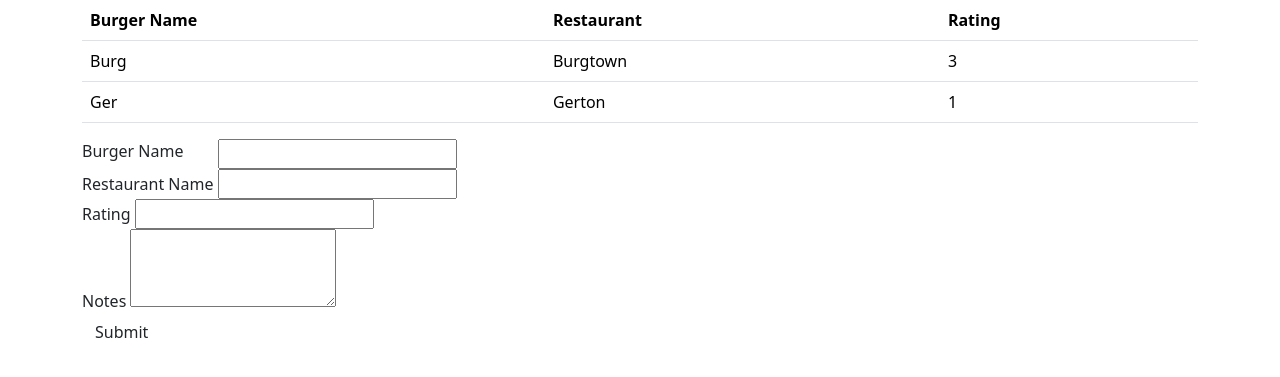
Repository: Hokusai12/Java_Dojo
Page: http://localhost/burgertracker/WEB-INF/index.jsp
An editor plug-in stored every save of this project. The page is shown before and after a run of saves, followed by the edit.
The browser window is 1280 px wide. The pictures show the whole page.
The page is served by Tomcat 9. Nobody is signed in. Other server files are loaded and not shown. The template is opened directly, without the code that normally fills it, so the values that code supplies are empty.

Above is the page before, as saved 2023-03-05 18:22:00.

### Spring/MVC/burgertracker/src/main/webapp/WEB-INF/index.jsp
<%@ page language="java" contentType="text/html; charset=ISO-8859-1"
    pageEncoding="ISO-8859-1"%>
<%@ taglib prefix="c" uri="http://java.sun.com/jsp/jstl/core" %>
<!DOCTYPE html>
<html>
<head>
<meta charset="ISO-8859-1">
<link href="https://cdn.jsdelivr.net/npm/bootstrap@5.3.0-alpha1/dist/css/bootstrap.min.css" rel="stylesheet" integrity="sha384-GLhlTQ8iRABdZLl6O3oVMWSktQOp6b7In1Zl3/Jr59b6EGGoI1aFkw7cmDA6j6gD" crossorigin="anonymous">
<title>Burgerator</title>
</head>
<body>
	<div class="container">
		<table class="table">
			<thead>
				<tr>
					<th>Burger Name</th>
					<th>Restaurant</th>
					<th>Rating</th>
				</tr>
			</thead>
			<tbody>
				<tr>
					<td>Burg</td>
					<td>Burgtown</td>
					<td>3</td>
				</tr>
				<tr>
					<td>Ger</td>
					<td>Gerton</td>
					<td>1</td>
				</tr>
			</tbody>
		</table>
	</div>
	<div class="container d-flex justify-content-middle">
		<form action="">
			<div class="d-flex justify-content-between">
				<label for="name">Burger Name</label>
				<input type="text" name="name"/>
			</div>
			<div>
				<label for="restaurant">Restaurant Name</label>
				<input type="text" name="restaurant"/>
			</div>
			<div>
				<label for="rating">Rating</label>
				<input type="text" name="rating"/>
			</div>
			<div>
				<label for="notes">Notes</label>
				<textarea name="notes" id="notes" cols="20" rows="3"></textarea>
			</div>
			<input class="btn" type="submit" value="Submit"/>
		</form>
	</div>
</body>
</html>

After the next 2 saves:
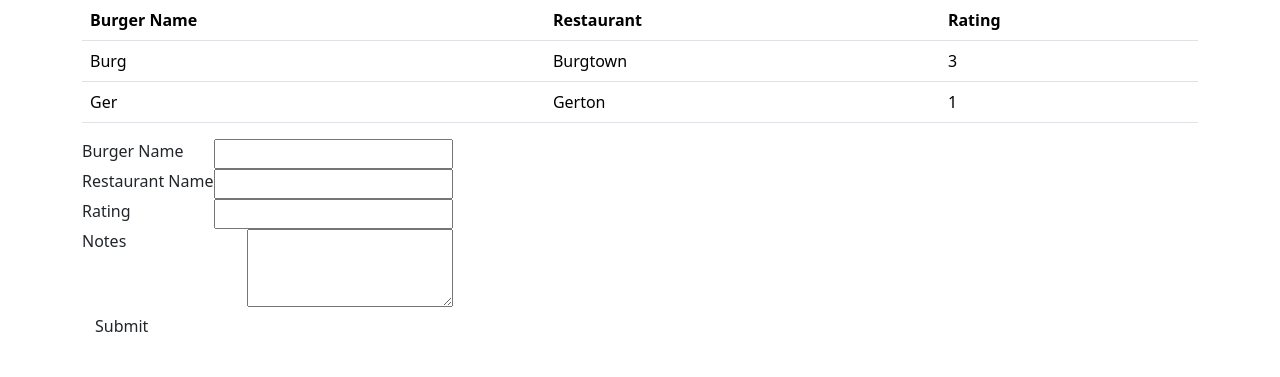
The 2 saves are shown as one change because they came seconds apart.
The last was saved 11 s later.
--- a/Spring/MVC/burgertracker/src/main/webapp/WEB-INF/index.jsp
+++ b/Spring/MVC/burgertracker/src/main/webapp/WEB-INF/index.jsp
@@ -38,15 +38,15 @@
 				<label for="name">Burger Name</label>
 				<input type="text" name="name"/>
 			</div>
-			<div>
+			<div class="d-flex justify-content-between">
 				<label for="restaurant">Restaurant Name</label>
 				<input type="text" name="restaurant"/>
 			</div>
-			<div>
+			<div class="d-flex justify-content-between">
 				<label for="rating">Rating</label>
 				<input type="text" name="rating"/>
 			</div>
-			<div>
+			<div class="d-flex justify-content-between">
 				<label for="notes">Notes</label>
 				<textarea name="notes" id="notes" cols="20" rows="3"></textarea>
 			</div>
